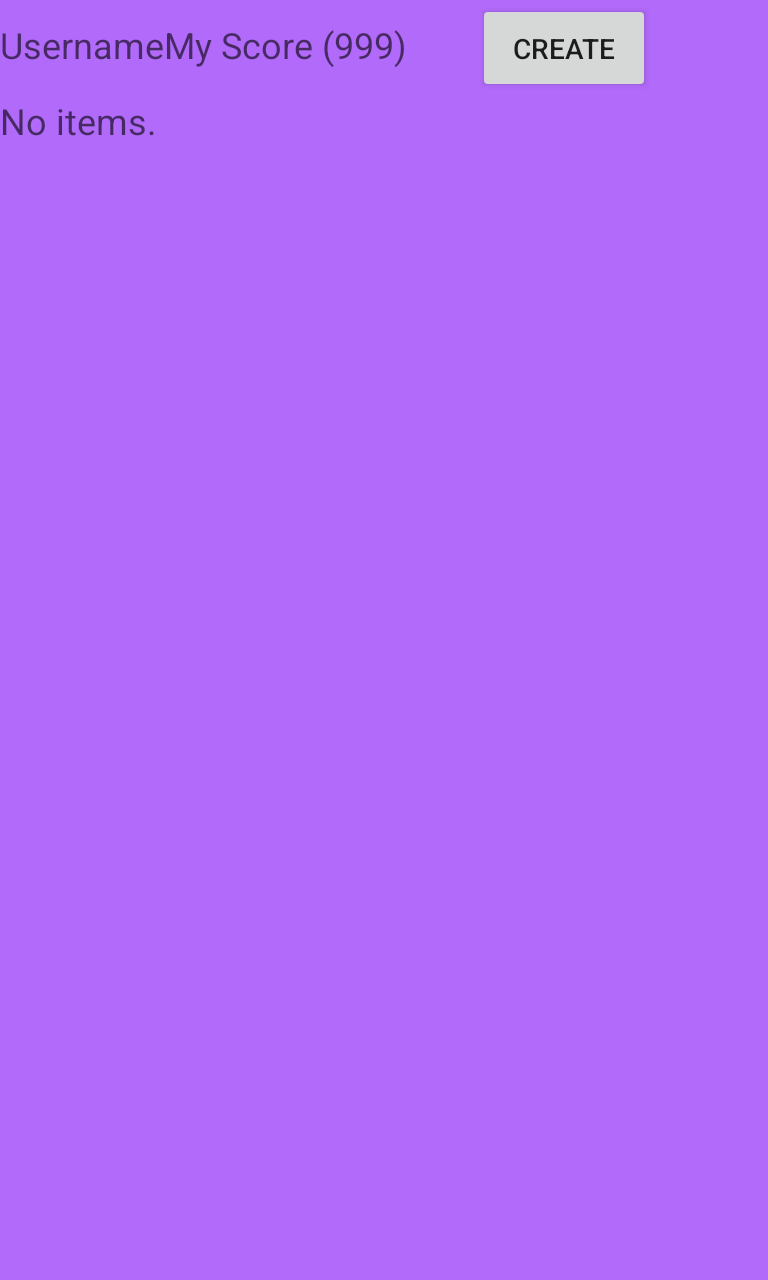
Repository: quantumlicht/android-capstone
Layout: capstone_client/res/layout/fragment_completed_quiz.xml
An editor plug-in stored every save of this project. The layout is shown before and after the next save, followed by the edit.
It is drawn on a 768 x 1280 px phone screen (xhdpi) without system bars, with theme AppTheme; the app's code is not run. Lists and similar views that code fills are empty. The app's manifest (not shown) leaves right-to-left support off. So textAlignment, textDirection and layoutDirection are ignored, and left and right values win over start and end ones.

Above is the layout before, as saved 2014-11-15 02:50:55.

After the next save:
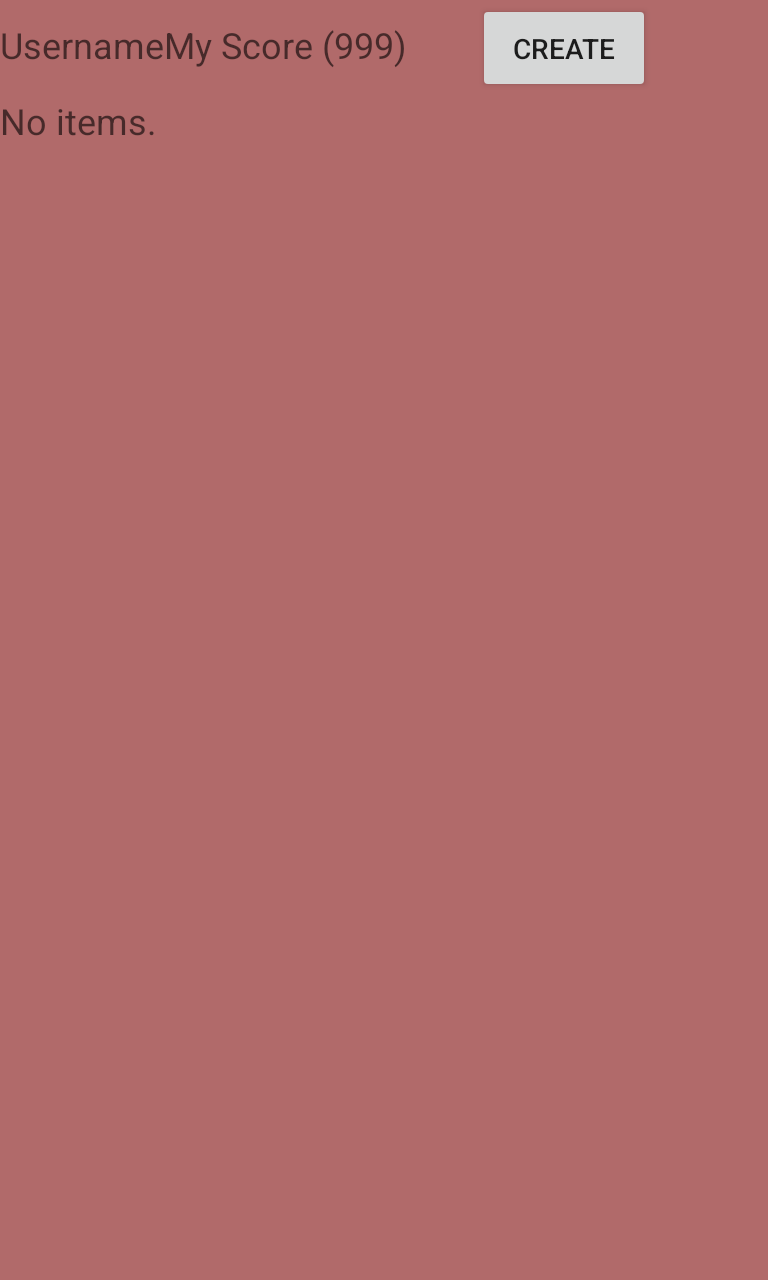
Saved 111 s later.
--- a/capstone_client/res/layout/fragment_completed_quiz.xml
+++ b/capstone_client/res/layout/fragment_completed_quiz.xml
@@ -2,7 +2,7 @@
 <LinearLayout xmlns:android="http://schemas.android.com/apk/res/android"
     android:layout_width="match_parent"
     android:layout_height="match_parent"
-    android:background="#b16afa"
+    android:background="#b16a6a"
     android:orientation="vertical" >
 
     <LinearLayout
@@ -34,6 +34,7 @@
     </LinearLayout>
 
     <FrameLayout
+        android:id="@+id/android:completed_frame"
         android:layout_width="match_parent"
         android:layout_height="299dp" >
 
